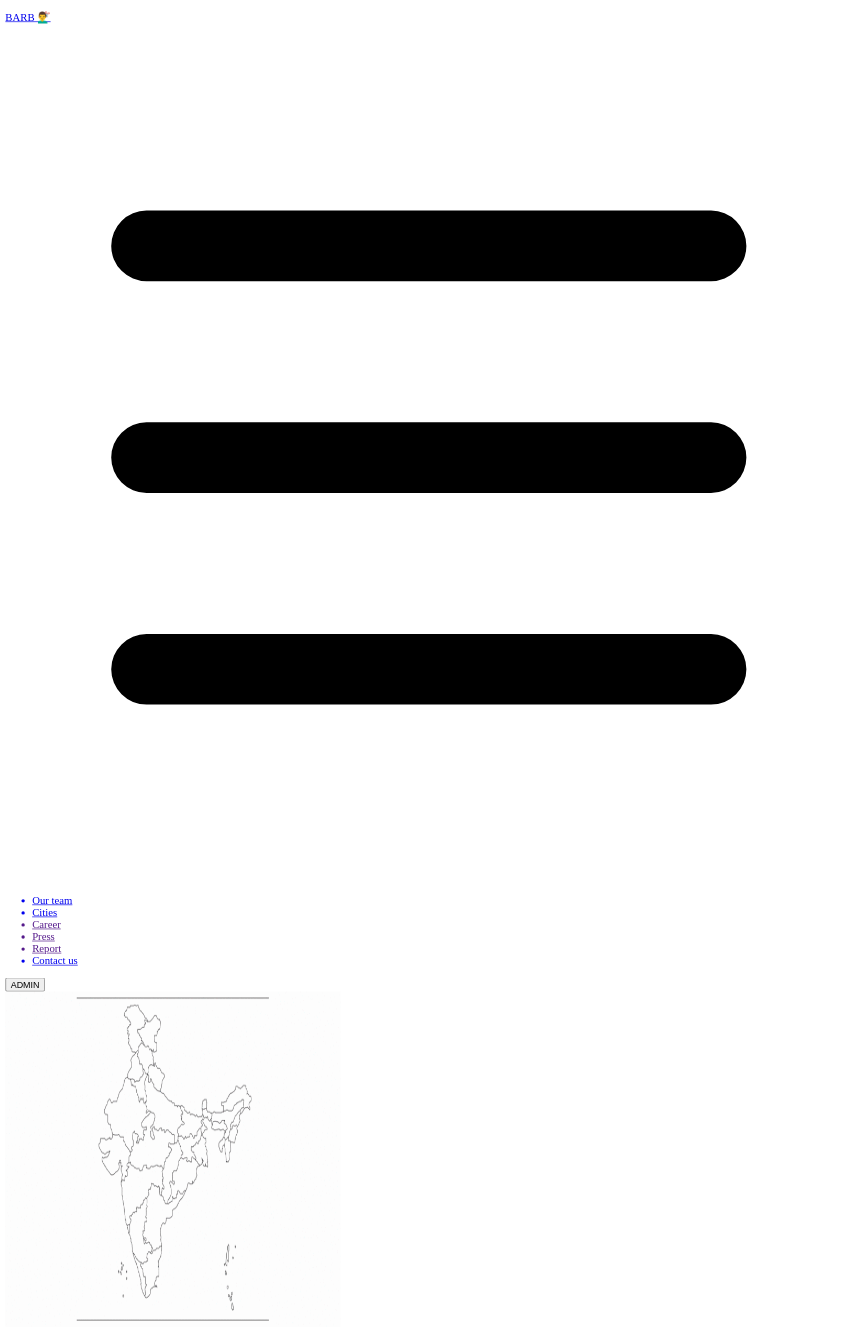
Repository: MinorLeopard/barbweb
Page: /Cities
These files come from the project's save history. The page is drawn as it stood at one moment and after a run of saves; the edit follows.
The browser window is 1280 px wide. The pictures show the whole page, at 67% of full size.
The project was rebuilt for these pictures with package versions that can differ from the ones it lists, and the page was loaded fresh each time. The framework's server and built-in components were replaced by stand-ins that run in the browser. Also part of the build but not shown: components/Dropdown.tsx.

Above is the page before, as saved 2021-12-22 00:25:51.

After the next 2 saves:
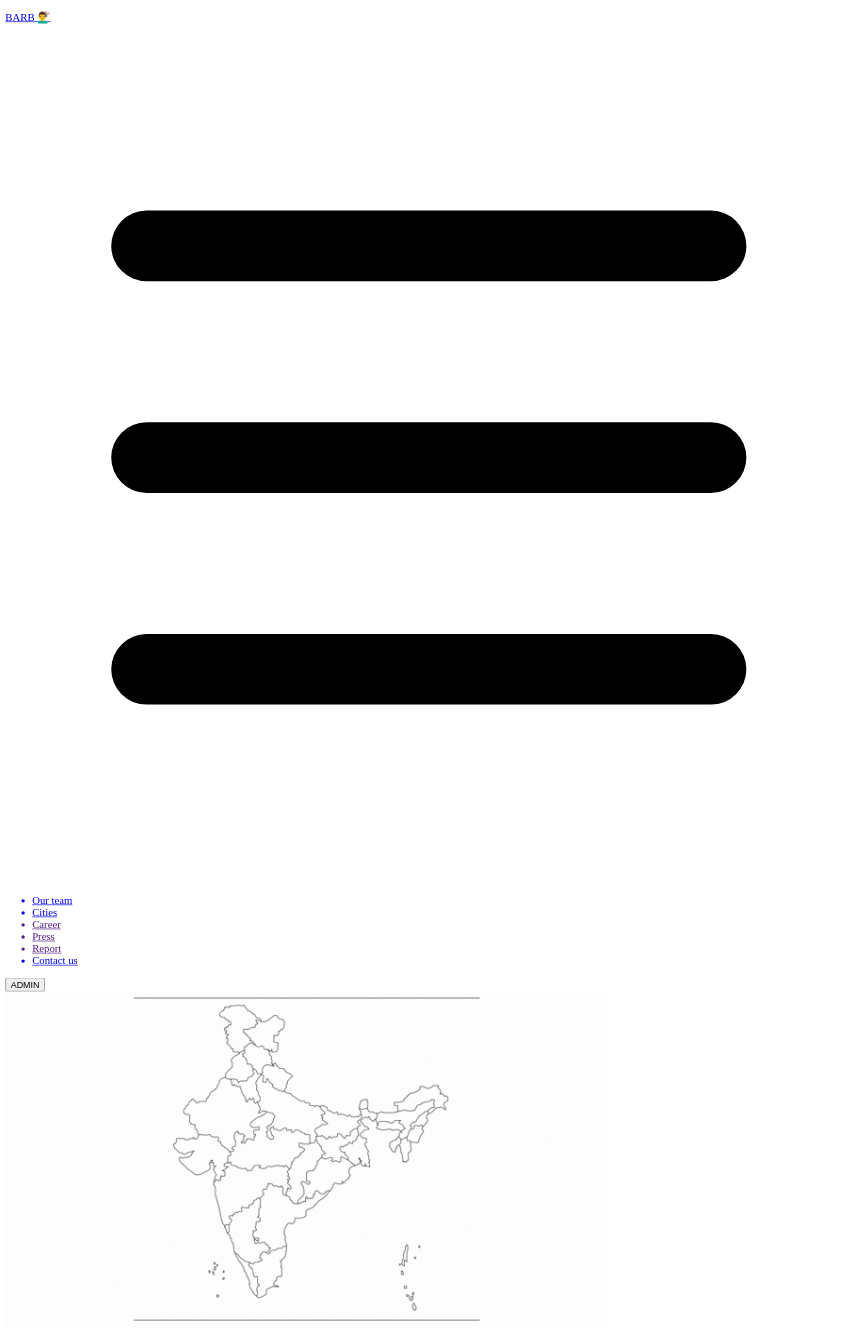
The 2 saves are shown as one change because they came seconds apart.
The last was saved 34 s later.
--- a/pages/Cities.tsx
+++ b/pages/Cities.tsx
@@ -2,11 +2,13 @@
 const Cities = () => {
     return (
         <>
+        <div>
             <Image
               src={require('../images/ggn.gif')}
               height={500}
-              width={500}
+              width={900}
             />
+        </div>
         </>
     )
 }
